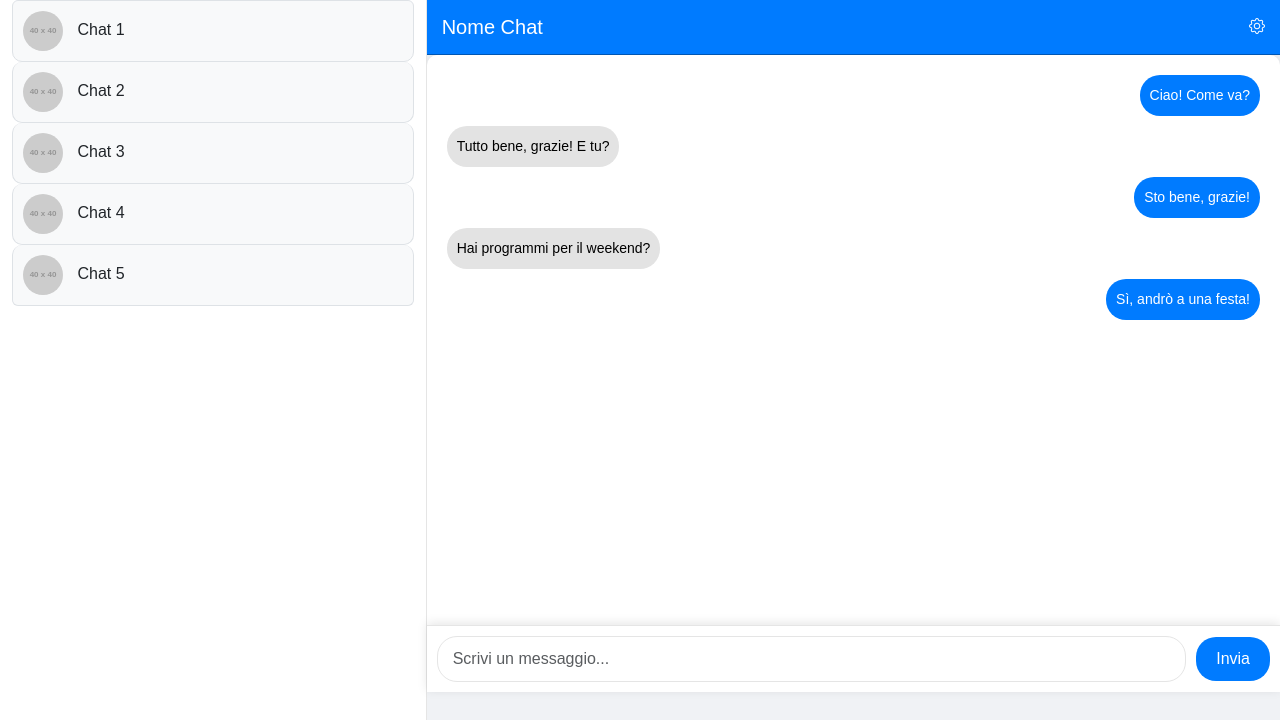
Repository: AleFucar/ChatApp
Page: http://localhost/index
These files come from the project's save history. The page is drawn as it stood at one moment and after the next save; the edit follows.
The browser window is 1280 px wide. The pictures show the whole page.
The page is this project's Thymeleaf template; nobody is signed in. The template is opened directly, without the code that normally fills it, so the values that code supplies are empty.

Above is the page before, as saved 2024-10-12 08:45:27.

After the next save:
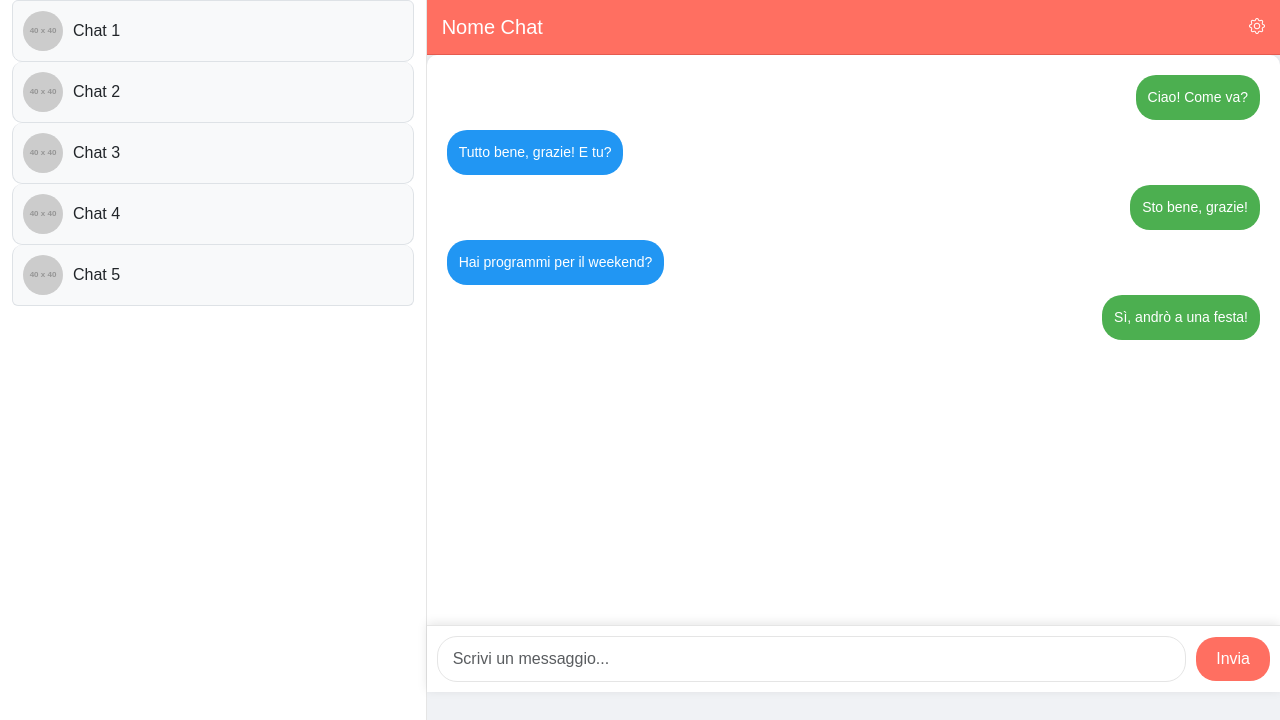
Saved 73 s later.
--- a/ChatApp/src/main/resources/templates/index.html
+++ b/ChatApp/src/main/resources/templates/index.html
@@ -3,7 +3,7 @@
 <head>
     <meta charset="UTF-8">
     <meta name="viewport" content="width=device-width, initial-scale=1.0">
-    <title>Modern Messaging App</title>
+    <title>Global Messaging App</title>
     <!-- Bootstrap CSS -->
     <link href="https://cdn.jsdelivr.net/npm/bootstrap@5.3.0-alpha1/dist/css/bootstrap.min.css" rel="stylesheet">
     <!-- Icone Bootstrap -->
@@ -22,9 +22,9 @@
             transition: all 0.3s ease;
         }
         .chat-header {
-            background-color: #007bff;
+            background-color: #ff6f61; /* Color vivace */
             color: #ffffff;
-            border-bottom: 1px solid #0056b3;
+            border-bottom: 1px solid #e55b4f;
             display: flex;
             align-items: center;
             padding: 15px;
@@ -42,21 +42,22 @@
         }
         .message-sent, .message-received {
             max-width: 75%;
-            padding: 10px;
+            padding: 12px;
             border-radius: 20px;
             margin-bottom: 10px;
             font-size: 14px;
             position: relative;
             line-height: 1.5;
+            transition: all 0.3s;
         }
         .message-sent {
-            background-color: #007bff;
+            background-color: #4caf50; /* Verde brillante */
             color: white;
             margin-left: auto;
         }
         .message-received {
-            background-color: #e3e3e3;
-            color: black;
+            background-color: #2196f3; /* Blu brillante */
+            color: white;
             margin-right: auto;
         }
         .chat-footer {
@@ -78,11 +79,11 @@
             transition: all 0.3s ease;
         }
         .input-message:focus {
-            border-color: #007bff;
-            box-shadow: 0 0 5px rgba(0, 123, 255, 0.5);
+            border-color: #ff6f61; /* Color della chat header */
+            box-shadow: 0 0 5px rgba(255, 111, 97, 0.5);
         }
         .send-btn {
-            background-color: #007bff;
+            background-color: #ff6f61; /* Colore pulsante */
             border: none;
             border-radius: 20px;
             color: white;
@@ -90,7 +91,7 @@
             transition: background 0.3s;
         }
         .send-btn:hover {
-            background-color: #0056b3;
+            background-color: #e55b4f; /* Colore al passaggio del mouse */
         }
         .user-card {
             padding: 10px;
@@ -98,6 +99,8 @@
             background-color: #f8f9fa;
             transition: background 0.3s;
             cursor: pointer;
+            display: flex;
+            align-items: center;
         }
         .user-card:hover {
             background-color: #e2e6ea;
